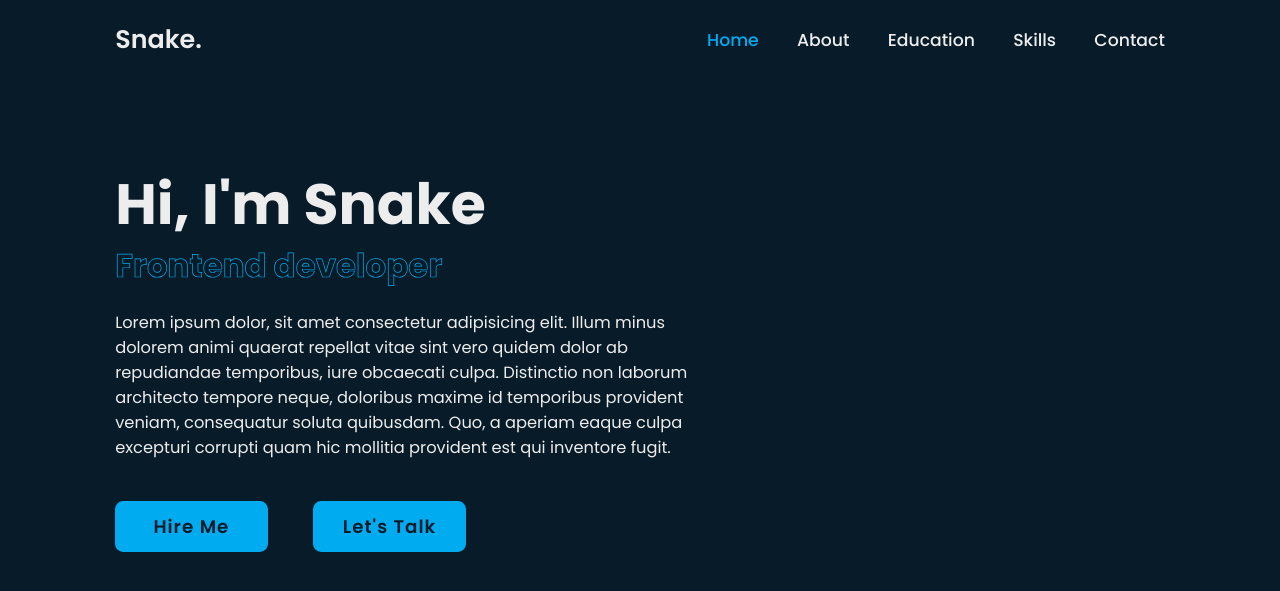
Repository: Tanty102/About_Me
Page: index.html
These files come from the project's save history. The page is drawn as it stood at one moment and after the next save; the edit follows.
The browser window is 1280 px wide. The pictures show the whole page.

Above is the page before, as saved 2023-09-12 16:52:43.

After the next save:
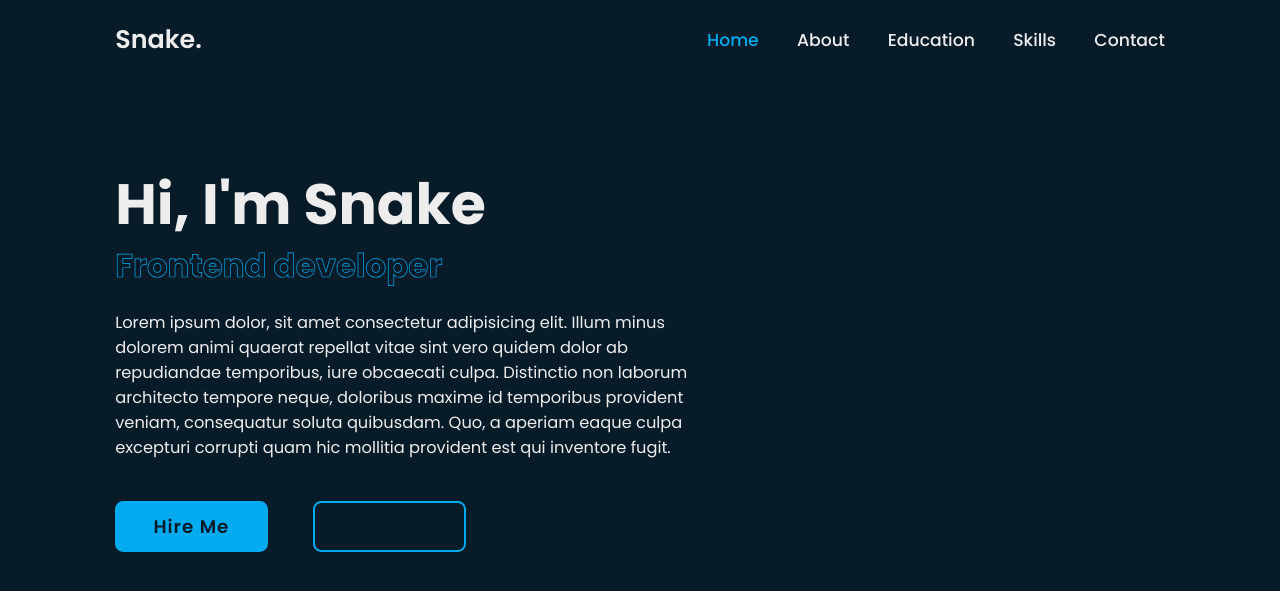
Saved 4 s later.
--- a/style.css
+++ b/style.css
@@ -131,7 +131,7 @@ section {
 }
 
 .btn-box .btn:nth-child(2) {
-  back
+  background: transparent;
 }
 
 .btn-box .btn::before {
